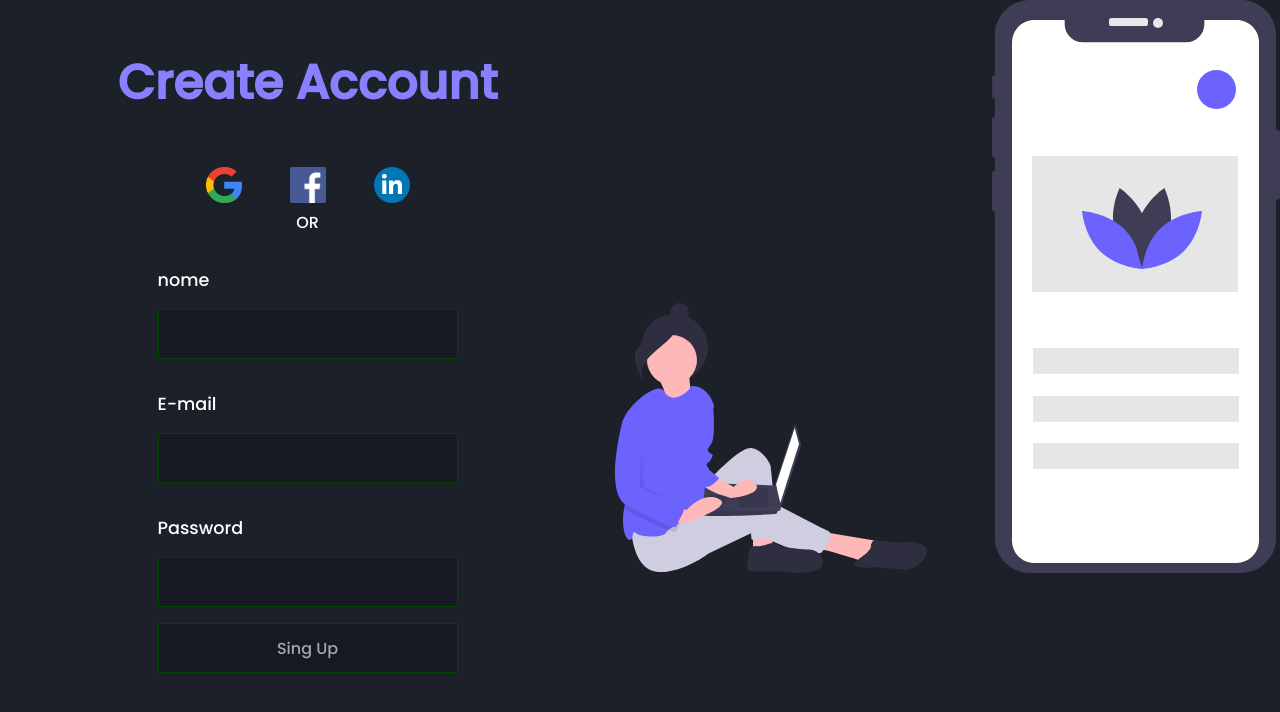
Repository: daniel-victorr/Cadastro
Page: login.html
These files come from the project's save history. The page is drawn as it stood at one moment and after the next save; the edit follows.
The browser window is 1280 px wide. The pictures show the whole page.

Above is the page before, as saved 2022-02-17 16:35:26.

After the next save:
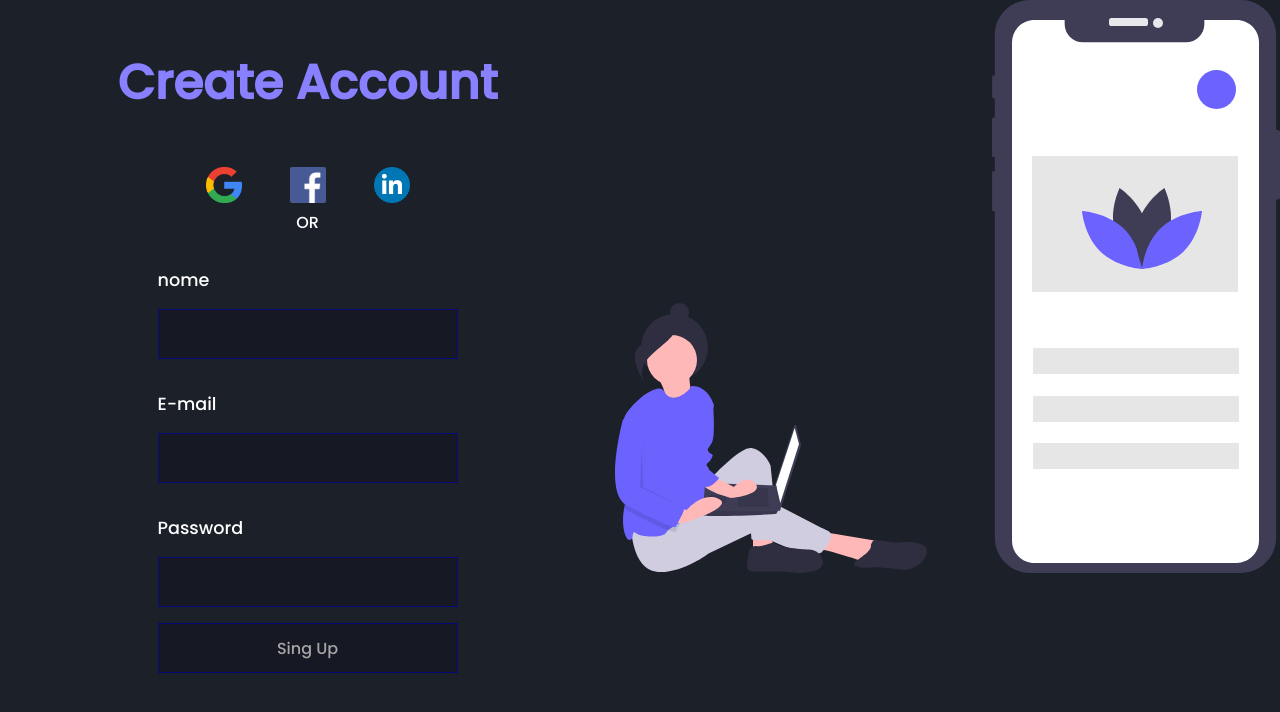
Saved 4 s later.
--- a/Cadastro.css
+++ b/Cadastro.css
@@ -75,5 +75,5 @@ main form input{
     outline: nome;
     color: rgba(166,166,166);
     font-size: 1rem;
-    border: 1px solid #040;
+    border: 1px solid #040B78;
 }
